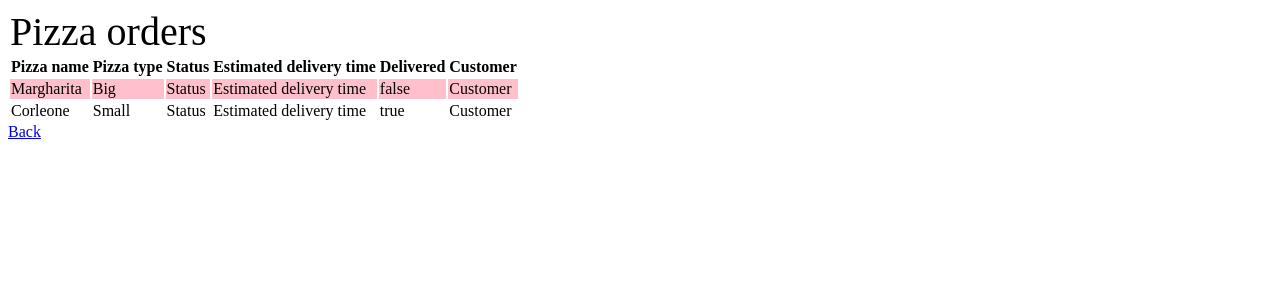
Repository: lukas77pro/html_css_js
Page: html/Test/WebContent/Tabela.html
These files come from the project's save history. The page is drawn as it stood at one moment and after the next save; the edit follows.
The browser window is 1280 px wide. The pictures show the whole page.
The pointer rests on the first visible `tr:nth-child(even)`.

Above is the page before, as saved 2015-07-10 13:14:27.

### html/Test/WebContent/Tabela.html
<!DOCTYPE html>
<html>
<head>
<meta charset="UTF-8">
<title>Insert title here</title>
<link rel="stylesheet" type="text/css" href="Styl.css">
</head>
<body>
	<legend id="LegendMain">Pizza orders</legend>
	<table>
		<tr>
			<th>Pizza name</th>
			<th>Pizza type</th>
			<th>Status</th>
			<th>Estimated delivery time</th>
			<th>Delivered</th>
			<th>Customer</th>
		</tr>
		<tr>
			<td>Margharita</td>
			<td>Big</td>
			<td>Status</td>
			<td>Estimated delivery time</td>
			<td>false</td>
			<td>Customer</td>
		</tr>
		<tr>
			<td>Corleone</td>
			<td>Small</td>
			<td>Status</td>
			<td>Estimated delivery time</td>
			<td>true</td>
			<td>Customer</td>
		</tr>
	</table>

	<a href="Formularz.html">Back</a>

</body>
</html>

### html/Test/WebContent/Styl.css
@CHARSET "UTF-8";

#Customer {

}

#Legend1 {
	font-family: Arial, Helvetica Neue, Helvetica, sans-serif;
	font-size: 20px;
	font-style: normal;
	font-variant: normal;
	font-weight: 500;
	line-height: 22px;
}

#LegendMain {
	font-size: 40px;
}

/* table , th, td {
    border: 2px solid black;
    tr:nth-child(odd)		{ background-color:#eee; }
	tr:nth-child(even)		{ background-color:#fff; }
} */


tr:nth-child(even):hover {
  background: pink;
}
tr:nth-child(odd):hover {
  background: lime;
}

After the next save:
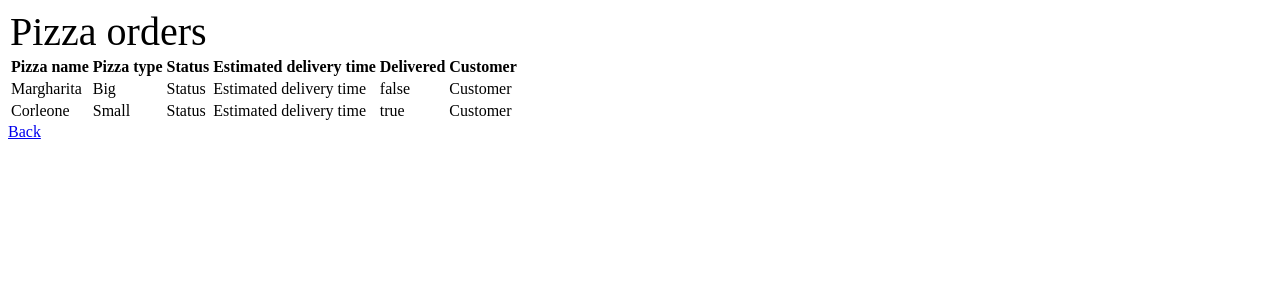
Saved 108 s later.
--- a/html/Test/WebContent/Styl.css
+++ b/html/Test/WebContent/Styl.css
@@ -24,9 +24,9 @@
 } */
 
 
-tr:nth-child(even):hover {
+tr:ntr-child(even):hover {
   background: pink;
 }
-tr:nth-child(odd):hover {
+tr:ntr-child(odd):hover {
   background: lime;
 }
